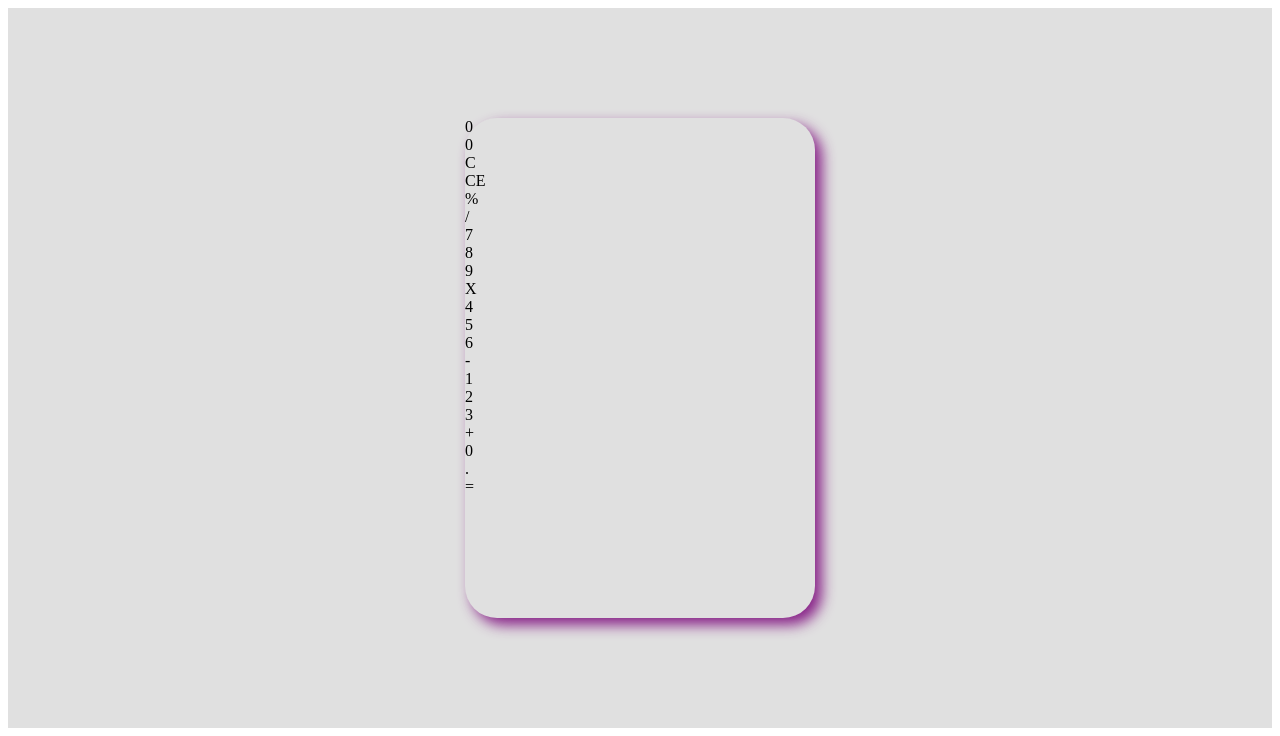
Repository: Goldmyn/Calculator
Page: index.html
These files come from the project's save history. The page is drawn as it stood at one moment and after the next save; the edit follows.
The browser window is 1280 px wide. The pictures show the whole page.

Above is the page before, as saved 2022-09-28 01:32:10.

### index.html
<!DOCTYPE html>
<html lang="en">
<head>
    <meta charset="UTF-8">
    <meta http-equiv="X-UA-Compatible" content="IE=edge">
    <meta name="viewport" content="width=device-width, initial-scale=1.0">
    <title>Document</title>
    <link rel="stylesheet" href="index.css">
</head>
<body>
    <header>

    </header>

    <section>
        <div class="container">
            <div class="calculator">
                <div class="display">
                    <div class="display-1">0</div>
                    <div class="border"> <div class="display-2">0</div> </div>
                </div>
                <div class="all_buttons">
                    <div class="button all_clear">C</div>
                    <div class="button last_entity_clear">CE</div>
                    <div class="button operation">%</div>
                    <div class="button operation">/</div>
                    <div class="button number">7</div>
                    <div class="button number">8</div>
                    <div class="button number">9</div>
                    <div class="button operation">X</div>
                    <div class="button number">4</div>
                    <div class="button number">5</div>
                    <div class="button number">6</div>
                    <div class="button operation">-</div>
                    <div class="button number">1</div>
                    <div class="button number">2</div>
                    <div class="button number">3</div>
                    <div class="button operation">+</div>
                    <div class="button btn-0 number">0</div>
                    <div class="button number dot">.</div>
                    <div class="button equal">=</div>
                </div>
            </div>
        </div>
    </section>
</body>
</html>

### index.css
html {
    font-family: 'Gill Sans', 'Gill Sans MT', Calibri, 'Trebuchet MS', sans-serif';
}

section {
    background-color: #e0e0e0;
    min-height: 100vh;
    width: 100%;
    display: flex;
    align-items: center;
    justify-content: center;
}

.container {
    background-color: #e0e0e0;
    width: 90%;
    height: 500px;
    max-width: 350px;
    border-radius: 32px;
    background: #e0e0e0;
    box-shadow: 7px 7px 14px #828;
}

After the next save:
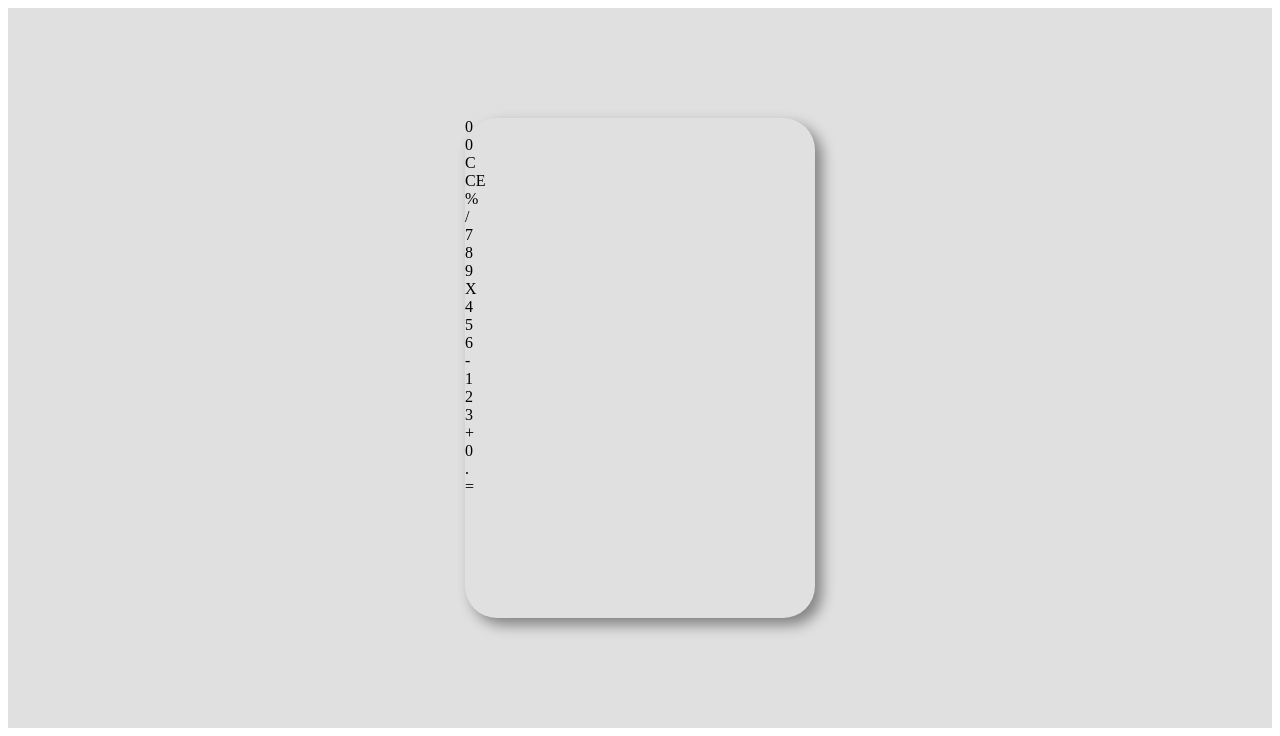
Saved 6 s later.
--- a/index.css
+++ b/index.css
@@ -18,5 +18,5 @@ section {
     max-width: 350px;
     border-radius: 32px;
     background: #e0e0e0;
-    box-shadow: 7px 7px 14px #828;
+    box-shadow: 7px 7px 14px #828282;
 }
